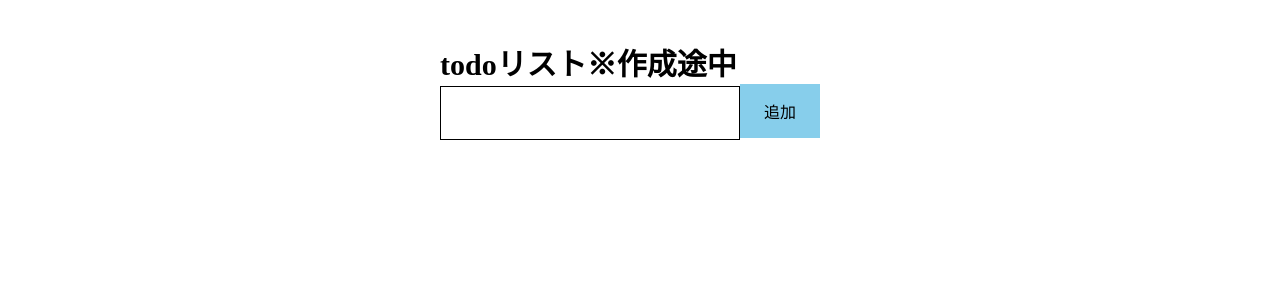
Repository: FujieRyou/react_practice
Page: /
The author's editor kept a copy of each file at every save. The page is drawn from the files as they stood at one save, then again after the next save.
The browser window is 1280 px wide. The pictures show the whole page.
The project was rebuilt for these pictures with package versions that can differ from the ones it lists, and the page was loaded fresh each time. Also part of the build but not shown: vite.config.js, src/components/testComponent.jsx, src/components/countUp.jsx, src/components/switchFlag.jsx, src/components/props1.jsx, src/components/profile.jsx, src/components/ivent.jsx.

Above is the page before, as saved 2023-01-19 03:50:37.

### src/App.jsx
import { useEffect } from "react"
import { useRef } from "react"
import { useState } from "react"
import TestComponent from "./components/testComponent"
import styles from "./scss/style.scss"
import Todolist from "./components/todoComponent"
import CountUp from "./components/countUp"
import SwitchFlag from "./components/switchFlag"
import PropsPractice from "./components/props1"
import Profile from "./components/profile"
import ChangeIvent from "./components/ivent"


const App = () =>{
  const profileInfo = [
    {name:"Takasi",age:20,from:"大阪"},
    {name:"Hirosi",age:19,from:"東京"},
    {name:"Musasi",age:21,from:"名古屋"},
]


  return(
    <div>
      {/* todolist作成中 */}
      <Todolist />

      {/* 押すたびにcountがupする(useState練習) */}
      {/* < CountUp /> */}

      {/* 押すたびにON,OFFがきりかわる(useState練習) */}
      {/* <SwitchFlag /> */}

    {/* props練習 */}
    {/* <PropsPractice color="red"/>
    <PropsPractice num={123}/> */}

    {/* <Profile
      name={profileInfo[0].name}
      age={profileInfo[0].age}
      from={profileInfo[0].from}
    />

    <Profile
      {...profileInfo[1]}
    />

    <Profile/>

    <ChangeIvent /> */}

    </div>






  )
}


export default App

### src/scss/style.scss
@forward "_ress";

input{
    border: solid 1px black;
    width: 200px;
    height: 32px;
}

.btn{
    width: 56px;
    height: 32px;
    background-color: aquamarine;
}

.list{
    width: 200px;
    height: 100px;
    background-color: tomato;
    border: solid 1px skyblue;
    padding: 10px 12px;
    list-style-type: none;
}

.component{
    width: 200px;
    height: 150px;
    border: solid 5px green;
    color: green;
}
.component.red{
    width: 200px;
    height: 150px;
    border: solid 5px red;
    color: red;
}

.mouseInOut{
    width: 200px;
    height: 200px;
    background-color: aquamarine;
    margin-top: 20px;
}

.todoWrap{
    width: 400px;
    height: 200px;
    margin: 0 auto;
    padding-top: 40px;
    h2{
        font-size: 30px;
    }
}

.addBtn{
    width: 80px;
    height: 54px;
    background-color: skyblue;
}

.txtArea{
    width: 300px;
    height: 54px;
}

### src/components/todoComponent.jsx
import style from "../scss/style.scss"
import { useState } from "react";

const Todolist = () =>{
    const [val, setVal] = useState();

    return(
        <div className="todoWrap">
            <h2>todoリスト※作成途中</h2>
            <input type="text" id="txtArea" className="txtArea" />
            <button type="button" id="addBtn" className="addBtn">追加</button>
            <div id="listWrap">
            </div>
        </div>
    )
}

export default Todolist;

### src/scss/_ress.scss
/*!
 * ress.css • v4.0.0
 * MIT License
 * github.com/filipelinhares/ress
 */

/* # =================================================================
   # Global selectors
   # ================================================================= */

   html {
    box-sizing: border-box;
    -webkit-text-size-adjust: 100%; /* Prevent adjustments of font size after orientation changes in iOS */
    word-break: normal;
    -moz-tab-size: 4;
    tab-size: 4;
  }

  *,
  ::before,
  ::after {
    background-repeat: no-repeat; /* Set `background-repeat: no-repeat` to all elements and pseudo elements */
    box-sizing: inherit;
  }

  ::before,
  ::after {
    text-decoration: inherit; /* Inherit text-decoration and vertical align to ::before and ::after pseudo elements */
    vertical-align: inherit;
  }

  * {
    padding: 0; /* Reset `padding` and `margin` of all elements */
    margin: 0;
  }

  /* # =================================================================
     # General elements
     # ================================================================= */

  hr {
    overflow: visible; /* Show the overflow in Edge and IE */
    height: 0; /* Add the correct box sizing in Firefox */
    color: inherit; /* Correct border color in Firefox. */
  }

  details,
  main {
    display: block; /* Render the `main` element consistently in IE. */
  }

  summary {
    display: list-item; /* Add the correct display in all browsers */
  }

  small {
    font-size: 80%; /* Set font-size to 80% in `small` elements */
  }

  [hidden] {
    display: none; /* Add the correct display in IE */
  }

  abbr[title] {
    border-bottom: none; /* Remove the bottom border in Chrome 57 */
    /* Add the correct text decoration in Chrome, Edge, IE, Opera, and Safari */
    text-decoration: underline;
    text-decoration: underline dotted;
  }

  a {
    background-color: transparent; /* Remove the gray background on active links in IE 10 */
  }

  a:active,
  a:hover {
    outline-width: 0; /* Remove the outline when hovering in all browsers */
  }

  code,
  kbd,
  pre,
  samp {
    font-family: monospace, monospace; /* Specify the font family of code elements */
  }

  pre {
    font-size: 1em; /* Correct the odd `em` font sizing in all browsers */
  }

  b,
  strong {
    font-weight: bolder; /* Add the correct font weight in Chrome, Edge, and Safari */
  }

  /* https://gist.github.com/unruthless/413930 */
  sub,
  sup {
    font-size: 75%;
    line-height: 0;
    position: relative;
    vertical-align: baseline;
  }

  sub {
    bottom: -0.25em;
  }

  sup {
    top: -0.5em;
  }

  table {
    border-color: inherit; /* Correct border color in all Chrome, Edge, and Safari. */
    text-indent: 0; /* Remove text indentation in Chrome, Edge, and Safari */
  }

  /* # =================================================================
     # Forms
     # ================================================================= */

  input {
    border-radius: 0;
  }

  /* Replace pointer cursor in disabled elements */
  [disabled] {
    cursor: default;
  }

  [type='number']::-webkit-inner-spin-button,
  [type='number']::-webkit-outer-spin-button {
    height: auto; /* Correct the cursor style of increment and decrement buttons in Chrome */
  }

  [type='search'] {
    -webkit-appearance: textfield; /* Correct the odd appearance in Chrome and Safari */
    outline-offset: -2px; /* Correct the outline style in Safari */
  }

  [type='search']::-webkit-search-decoration {
    -webkit-appearance: none; /* Remove the inner padding in Chrome and Safari on macOS */
  }

  textarea {
    overflow: auto; /* Internet Explorer 11+ */
    resize: vertical; /* Specify textarea resizability */
  }

  button,
  input,
  optgroup,
  select,
  textarea {
    font: inherit; /* Specify font inheritance of form elements */
  }

  optgroup {
    font-weight: bold; /* Restore the font weight unset by the previous rule */
  }

  button {
    overflow: visible; /* Address `overflow` set to `hidden` in IE 8/9/10/11 */
  }

  button,
  select {
    text-transform: none; /* Firefox 40+, Internet Explorer 11- */
  }

  /* Apply cursor pointer to button elements */
  button,
  [type='button'],
  [type='reset'],
  [type='submit'],
  [role='button'] {
    cursor: pointer;
    color: inherit;
  }

  /* Remove inner padding and border in Firefox 4+ */
  button::-moz-focus-inner,
  [type='button']::-moz-focus-inner,
  [type='reset']::-moz-focus-inner,
  [type='submit']::-moz-focus-inner {
    border-style: none;
    padding: 0;
  }

  /* Replace focus style removed in the border reset above */
  button:-moz-focusring,
  [type='button']::-moz-focus-inner,
  [type='reset']::-moz-focus-inner,
  [type='submit']::-moz-focus-inner {
    outline: 1px dotted ButtonText;
  }

  button,
  html [type='button'], /* Prevent a WebKit bug where (2) destroys native `audio` and `video`controls in Android 4 */
  [type='reset'],
  [type='submit'] {
    -webkit-appearance: button; /* Correct the inability to style clickable types in iOS */
  }

  /* Remove the default button styling in all browsers */
  button,
  input,
  select,
  textarea {
    background-color: transparent;
    border-style: none;
  }

  a:focus,
  button:focus,
  input:focus,
  select:focus,
  textarea:focus {
    outline-width: 0;
  }

  /* Style select like a standard input */
  select {
    -moz-appearance: none; /* Firefox 36+ */
    -webkit-appearance: none; /* Chrome 41+ */
  }

  select::-ms-expand {
    display: none; /* Internet Explorer 11+ */
  }

  select::-ms-value {
    color: currentColor; /* Internet Explorer 11+ */
  }

  legend {
    border: 0; /* Correct `color` not being inherited in IE 8/9/10/11 */
    color: inherit; /* Correct the color inheritance from `fieldset` elements in IE */
    display: table; /* Correct the text wrapping in Edge and IE */
    max-width: 100%; /* Correct the text wrapping in Edge and IE */
    white-space: normal; /* Correct the text wrapping in Edge and IE */
    max-width: 100%; /* Correct the text wrapping in Edge 18- and IE */
  }

  ::-webkit-file-upload-button {
    /* Correct the inability to style clickable types in iOS and Safari */
    -webkit-appearance: button;
    color: inherit;
    font: inherit; /* Change font properties to `inherit` in Chrome and Safari */
  }

  /* # =================================================================
     # Specify media element style
     # ================================================================= */

  img {
    border-style: none; /* Remove border when inside `a` element in IE 8/9/10 */
  }

  /* Add the correct vertical alignment in Chrome, Firefox, and Opera */
  progress {
    vertical-align: baseline;
  }

  /* # =================================================================
     # Accessibility
     # ================================================================= */

  /* Specify the progress cursor of updating elements */
  [aria-busy='true'] {
    cursor: progress;
  }

  /* Specify the pointer cursor of trigger elements */
  [aria-controls] {
    cursor: pointer;
  }

  /* Specify the unstyled cursor of disabled, not-editable, or otherwise inoperable elements */
  [aria-disabled='true'] {
    cursor: default;
  }

Loaded but not shown: index.html (common file); src/main.jsx (common file)

After the next save:
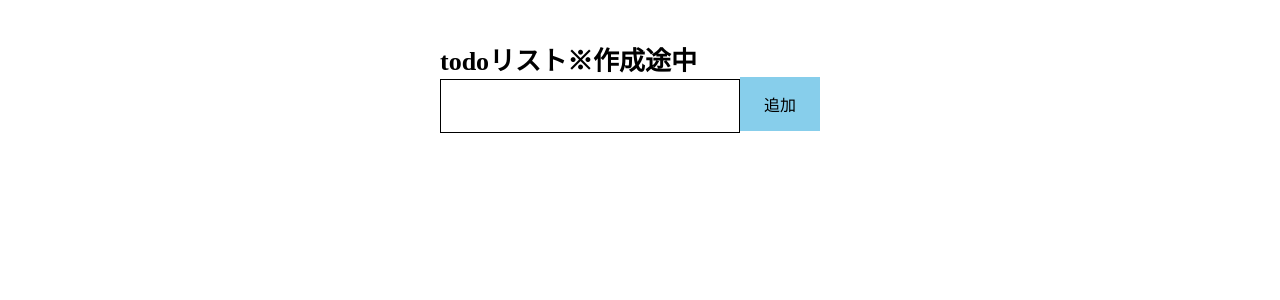
Saved 8 s later.
--- a/src/scss/style.scss
+++ b/src/scss/style.scss
@@ -47,7 +47,7 @@ input{
     margin: 0 auto;
     padding-top: 40px;
     h2{
-        font-size: 30px;
+        font-size: 26px;
     }
 }
 
